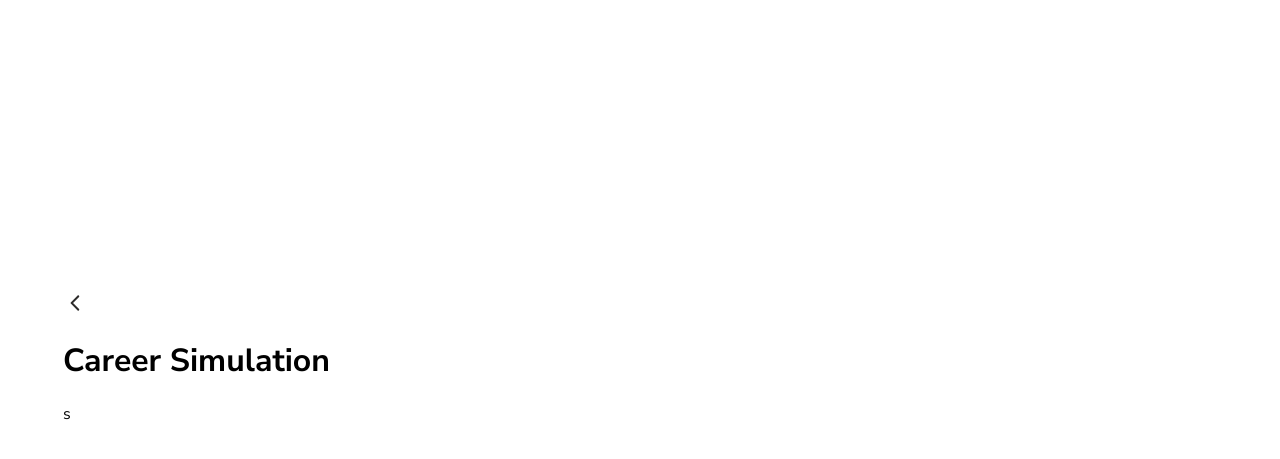
Repository: daniel-liu01/week10books
Page: /
An editor plug-in stored every save of this project. The page is shown before and after the next save, followed by the edit.
The browser window is 1280 px wide. The pictures show the whole page.
The project was rebuilt for these pictures with package versions that can differ from the ones it lists, and the page was loaded fresh each time. Also part of the build but not shown: vite.config.js, vite.config.ts, src/App.css.

Above is the page before, as saved 2025-10-17 17:24:23.

### index.html
<!DOCTYPE html>
<html lang="en">
    <head>
        <meta charset="UTF-8" />
        <link
            rel="icon"
            type="image/svg+xml"
            href="/vite.svg" />
        <meta
            name="viewport"
            content="width=device-width, initial-scale=1.0" />
        <title>frontend</title>
        <link
            rel="preconnect"
            href="https://fonts.googleapis.com" />
        <link
            rel="preconnect"
            href="https://fonts.gstatic.com"
            crossorigin />
        <link
            href="https://fonts.googleapis.com/css2?family=Nunito+Sans:ital,opsz,wght@0,6..12,200..1000;1,6..12,200..1000&display=swap"
            rel="stylesheet" />
    </head>
    <body>
        <div id="root"></div>
        <script
            type="module"
            src="/src/main.jsx"></script>
    </body>
</html>
s

### src/index.css
/* ------------------------------------------------------ GENERAL STYLES ------------------------------------------------------ */
*,
*::before,
*::after {
    box-sizing: inherit;
}

html,
body {
    padding: 0;
    margin: 0;
    font-family: var(--font-family);
    box-sizing: border-box;
}

html {
    display: flex;
    justify-content: center;
    align-items: center;
    width: 393px;
    height: 100%;
}

.two-column {
    display: grid;
    grid-template-columns: 1fr 1fr;
    gap: var(--space-large);
}

/* ------------------------------------------------------ VARIABLES ------------------------------------------------------ */
:root {
    /* ----- COLORS ----- */
    --primary-50: #fff1e6;
    --primary-100: #ffd4b0;
    --primary-200: #ffbf8a;
    --primary-300: #ffa155;
    --primary-400: #ff8f34;
    --primary-500: #ff7301;
    --primary-600: #e86901;
    --primary-700: #b55201;
    --primary-800: #8c3f01;
    --primary-900: #6b3000;

    --secondary-50: #eefae6;
    --secondary-100: #cbefb1;
    --secondary-200: #b2e88b;
    --secondary-300: #8fdd55;
    --secondary-400: #79d635;
    --secondary-500: #58cc02;
    --secondary-600: #50ba02;
    --secondary-700: #3e9101;
    --secondary-800: #307001;
    --secondary-900: #255601;

    /* -- neutral colors -- */

    --offwhite-500: #f9f9f9;
    --white: #ffffff;
    --black-50: #eaeaea;
    --black-100: #bebebd;
    --black-200: #9e9e9d;
    --black-300: #727271;
    --black-400: #575655;
    --black-500: #2d2c2b;

    /* ----- TYPE ----- */
    --font-family: "Nunito Sans", sans-serif;

    --font-size-extra-large: 88px;
    --font-size-large: 30px;
    --font-size-extra-medium: 24px;
    --font-size-medium: 20px;
    --font-size-regular: 16px;
    --font-size-small: 12px;
    --font-size-extra-small: 10px;

    --font-style-normal: normal;
    --font-weight-bold: bold;

    --line-height-xxlarge: 100px;
    --line-height-large: 36px;
    --line-height-medium: 28px;
    --line-height-small: 20px;

    /* ----- SPACING ----- */
    --space-extra-small: 4px;
    --space-small: 8px;
    --space-regular: 16px;
    --space-medium: 32px;
    --space-large: 48px;
    --space-extra-large: 140px;
}

### src/App.jsx
import { useState } from "react";
import { BrowserRouter as Router, Routes, Route } from "react-router-dom";
import "./App.css";

import Simulation from "../app/Simulation/Simulation";

function App() {
    return (
        <div>
            <Simulation />
        </div>
    );
}

export default App;

### app/Simulation/Simulation.jsx
import styles from "./Simulation";
import HeadingBar from "../../components/HeadingBar/HeadingBar";

function Simulation() {
    return <HeadingBar />;
}

export default Simulation;

### components/HeadingBar/HeadingBar.jsx
import styles from "./HeadingBar";
import ArrowBack from "../ArrowBack/ArrowBack";

function HeadingBar() {
    return (
        <div className={styles.heading_container}>
            <ArrowBack />
            <h1 className={styles.heading_pageTitle}>Career Simulation</h1>
        </div>
    );
}

export default HeadingBar;

### components/ArrowBack/ArrowBack.jsx
import styles from "./ArrowBack.module.css";

function ArrowBack() {
    return (
        <div className={styles.arrow_container}>
            <svg
                className={styles.arrow_icon}
                xmlns='http://www.w3.org/2000/svg'
                width='16'
                height='16'
                viewBox='0 0 12 20'
                fill='none'>
                <path
                    d='M10.7071 19.2929C10.3166 19.6834 9.68342 19.6834 9.29289 19.2929L0.707106 10.7071C0.316582 10.3166 0.316583 9.68342 0.707107 9.29289L9.29289 0.707106C9.68342 0.316582 10.3166 0.316582 10.7071 0.707107L11.0679 1.06789C11.4584 1.45842 11.4584 2.09158 11.0679 2.48211L3.55 10L11.0679 17.5179C11.4584 17.9084 11.4584 18.5416 11.0679 18.9321L10.7071 19.2929Z'
                    fill='currentColor'
                />
            </svg>
        </div>
    );
}

export default ArrowBack;

### components/ArrowBack/ArrowBack.module.css
.arrow_container {
    display: inline-flex;
    align-items: center;
    justify-content: center;
    flex: 0 0 auto;
    width: 24px;
    padding: 0;
    border: 0;
    background: none;
    cursor: pointer;
}

.arrow_icon {
    width: 16px;
    height: 16px;
    color: var(--black-500);
}

.arrow_container:hover .arrow_icon {
    color: var(--primary-500);
}

Loaded but not shown: src/main.jsx (common file)

After the next save:
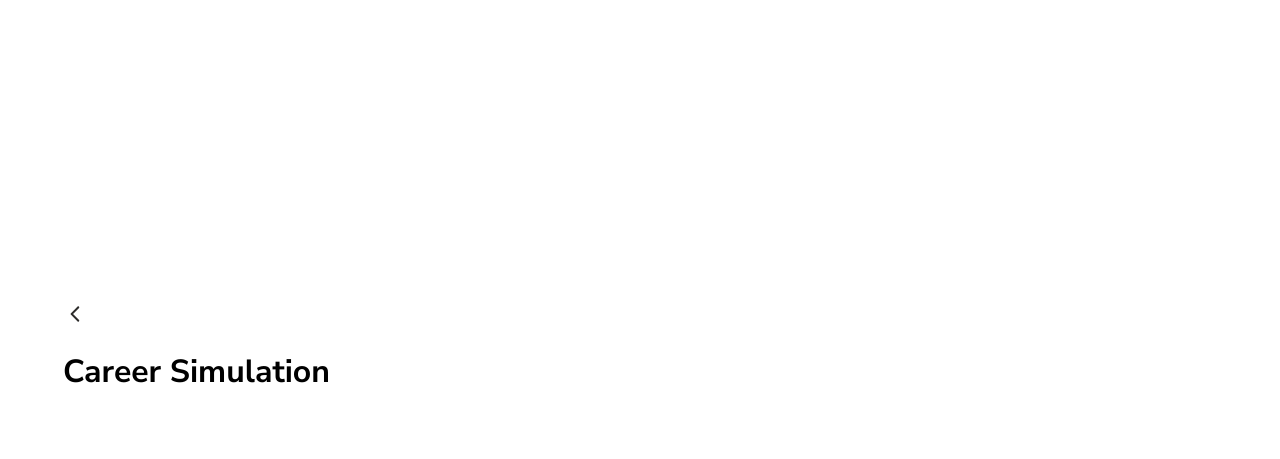
Saved 22 s later.
--- a/index.html
+++ b/index.html
@@ -28,4 +28,3 @@
             src="/src/main.jsx"></script>
     </body>
 </html>
-s
